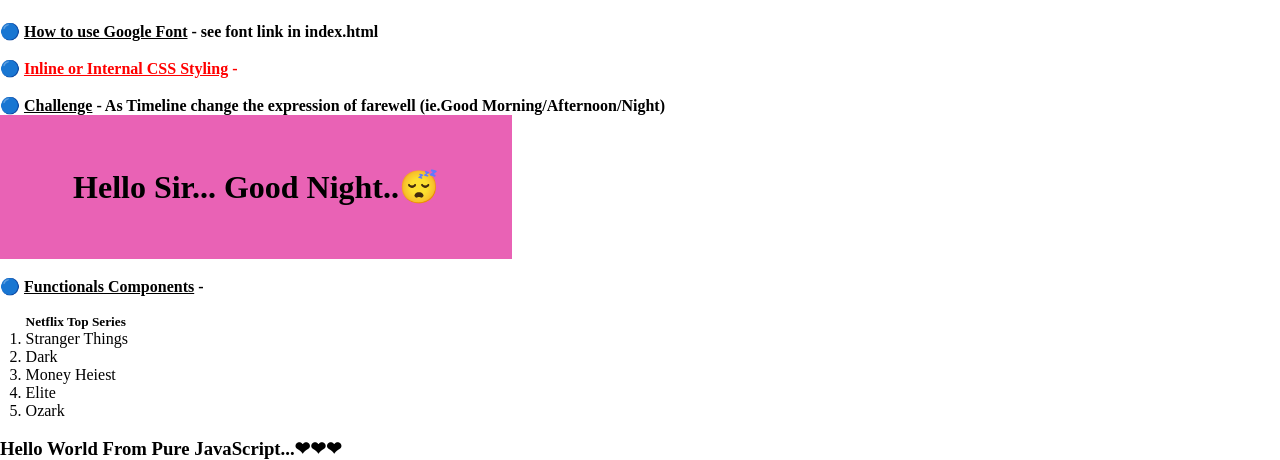
Repository: AalokJadhav/Being_ReactJS
Page: /
These files come from the project's save history. The page is drawn as it stood at one moment and after the next save; the edit follows.
The browser window is 1280 px wide. The pictures show the part of the page from y = 620 to 1080 px (the page is 1080 px tall before and 1064 px after).
The project was rebuilt for these pictures with package versions that can differ from the ones it lists, and the page was loaded fresh each time.

Above is the page before, as saved 2021-10-15 06:49:03.

### public/index.html
<!DOCTYPE html>
<html lang="en">

<head>
  <meta charset="utf-8" />
  <link rel="icon" href="%PUBLIC_URL%/favicon.ico" />
  <meta name="viewport" content="width=device-width, initial-scale=1" />
  <meta name="theme-color" content="#000000" />
  <meta name="description" content="Web site created using create-react-app" />
  <link rel="apple-touch-icon" href="%PUBLIC_URL%/logo192.png" />
  <!--
      manifest.json provides metadata used when your web app is installed on a
      user's mobile device or desktop. See https://developers.google.com/web/fundamentals/web-app-manifest/
    -->
  <link rel="manifest" href="%PUBLIC_URL%/manifest.json" />
  <link rel="preconnect" href="https://fonts.googleapis.com">
  <link rel="preconnect" href="https://fonts.gstatic.com" crossorigin>
  <link href="https://fonts.googleapis.com/css2?family=Josefin+Slab:ital,wght@1,200&display=swap" rel="stylesheet">
  <!--
      Notice the use of %PUBLIC_URL% in the tags above.
      It will be replaced with the URL of the `public` folder during the build.
      Only files inside the `public` folder can be referenced from the HTML.

      Unlike "/favicon.ico" or "favicon.ico", "%PUBLIC_URL%/favicon.ico" will
      work correctly both with client-side routing and a non-root public URL.
      Learn how to configure a non-root public URL by running `npm run build`.
    -->
  <title>React App</title>
</head>

<body>
  <noscript>You need to enable JavaScript to run this app.</noscript>
  <div id="root"></div>
  <!--
      This HTML file is a template.
      If you open it directly in the browser, you will see an empty page.

      You can add webfonts, meta tags, or analytics to this file.
      The build step will place the bundled scripts into the <body> tag.

      To begin the development, run `npm start` or `yarn start`.
      To create a production bundle, use `npm run build` or `yarn build`.
    -->
</body>

</html>

### src/index.js
// var React = require ('react');
// var ReactDom = require ('react-dom');

import { getRoles } from '@testing-library/react';
import React from 'react';
import ReactDom from 'react-dom';
import './index.css';

const fullDate = new Date();
const date = fullDate.toLocaleDateString();
const time = fullDate.toLocaleTimeString();

const CurrDate = new Date(2021, 14, 10, 21);
const hour = CurrDate.getHours();
let greeting = '';

const cssStyle = {}

if (hour >= 1 && hour < 12) {
  greeting = 'Good Mooring..🙂';
  cssStyle.color = 'green';
} else if (hour >= 12 && hour < 19) {
  greeting = 'Good Afternoon..🙄';
  cssStyle.color = 'orange';
} else {
  greeting = 'Good Night..😴';
}
const RandomImgUrl = 'https://picsum.photos/2000';
const RandomImgUrl1 = 'https://picsum.photos/900';
const RandomImgUrl2 = 'https://picsum.photos/800';
ReactDom.render(

  //Fragments in ReactJS - Use <> </>  or <React.Fragment></React.Fragment>
  <>
    <h1 className="heading">Being React</h1><br />
    <h3>Hello  World From ReactJS...✋</h3><br />

    <h4>🔵 <u>Display Current date and time in JSX</u> -</h4><br />
    <div className="content">
      <p>Current Date is {`${date}`} </p>
      <p>Current Time is {`${time} `} </p>
    </div>
    <br />

    <h4>🔵 <u>JSX Attributes for random image</u> -</h4><br />
    <div className="img_div">
      <img src={RandomImgUrl} alt='random image1' />
      <img src={RandomImgUrl1} alt='random image2' />
      <img src={RandomImgUrl2} alt='random image3' />
    </div>
    <br />

    <h4>🔵 <u>How to use Google Font</u> -  see font link in index.html </h4>
    <div className="content">

    </div>
    <br />

    <h4 style={{ color: 'red', fontFamily: 'serif' }}>🔵 <u>Inline or Internal CSS Styling</u> -</h4>
    <div className="content">

    </div>
    <br />

    <h4>🔵 <u>Challenge</u> - As Timeline change the expression of farewell (ie.Good Morning/Afternoon/Night)</h4>
    <div className="challenge1">
      <h1>Hello Sir...<span style={cssStyle}> {greeting}</span></h1>
    </div>
    <br />

    <h4>🔵 <u>Functionals Components</u> - </h4><br />
    <div className="content">
      <h5 style={{fontFamily: 'serif'}}>Netflix Top Series</h5>
      <ol>
        <li>Stranger Things</li>
        <li>Dark</li>
        <li>Money Heiest</li>
        <li>Elite</li>
        <li>Ozark</li>
      </ol>
    </div>
    <br />

  </>,
  document.getElementById('root'));
<br />


// In Pure JavaScript
var h3 = document.createElement('h3');
h3.innerHTML = 'Hello  World From Pure JavaScript...❤❤❤';
document.getElementById('root').appendChild(h3);

### src/index.css
/* body {
  margin: 0;
  font-family: -apple-system, BlinkMacSystemFont, 'Segoe UI', 'Roboto', 'Oxygen',
    'Ubuntu', 'Cantarell', 'Fira Sans', 'Droid Sans', 'Helvetica Neue',
    sans-serif;
  -webkit-font-smoothing: antialiased;
  -moz-osx-font-smoothing: grayscale;
}

code {
  font-family: source-code-pro, Menlo, Monaco, Consolas, 'Courier New',
    monospace;
} */


*{margin: 0; padding: 0; box-sizing: border-box;};

.heading {
  color: #fa9191;
  text-align: center;
  text-transform: capitalize;
  font-weight: bold;
  padding-left: 2%;
  font-family: 'Josefin Slab', serif;
}

.img_div img{
  width: 33%;
  height: 5%;
  margin: auto;
  padding-left: 2%;
}

.content {
  padding-left: 2%;
}

.challenge1 {
  background-color: rgb(233, 98, 181);
  width: 40%;
  height: 20vh;
  display: flex;
  justify-content: center;
  align-items: center;
  margin-top: -0px;
}

### src/Heading.jsx
import React from "react";

function  Heading() {
    <h5 style={{fontFamily: 'serif'}}>Netflix Top Series</h5>
}

export default Heading;

After the next save:
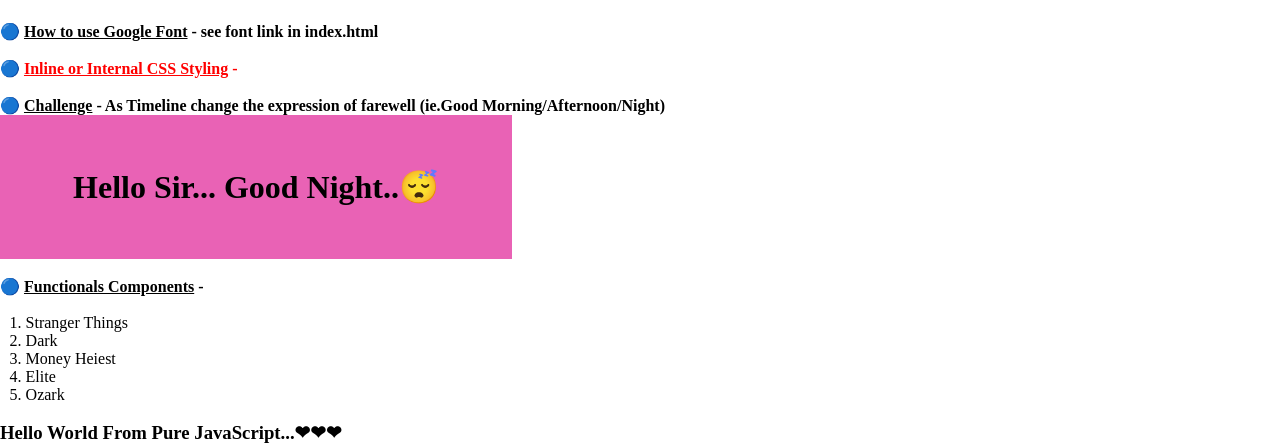
Saved 9 s later.
--- a/src/index.js
+++ b/src/index.js
@@ -70,7 +70,6 @@
 
     <h4>🔵 <u>Functionals Components</u> - </h4><br />
     <div className="content">
-      <h5 style={{fontFamily: 'serif'}}>Netflix Top Series</h5>
       <ol>
         <li>Stranger Things</li>
         <li>Dark</li>

After the 3 saves that followed:
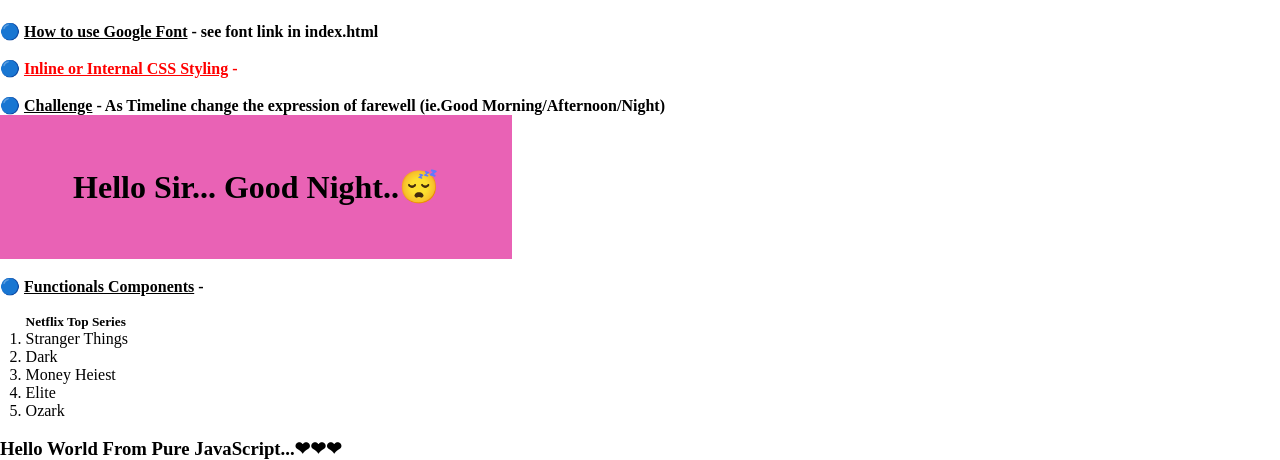
The 3 saves are shown as one change because 2 did not build or start.
The last was saved 2 min 3 s later.
--- a/src/index.js
+++ b/src/index.js
@@ -5,6 +5,10 @@
 import React from 'react';
 import ReactDom from 'react-dom';
 import './index.css';
+import Heading from './Heading';
+
+
+
 
 const fullDate = new Date();
 const date = fullDate.toLocaleDateString();
@@ -70,6 +74,7 @@
 
     <h4>🔵 <u>Functionals Components</u> - </h4><br />
     <div className="content">
+      <Heading />
       <ol>
         <li>Stranger Things</li>
         <li>Dark</li>
--- a/src/Heading.jsx
+++ b/src/Heading.jsx
@@ -1,7 +1,7 @@
 import React from "react";
 
 function  Heading() {
-    <h5 style={{fontFamily: 'serif'}}>Netflix Top Series</h5>
+    return <h5 style={{fontFamily: 'serif'}}>Netflix Top Series</h5>
 }
 
 export default Heading;
